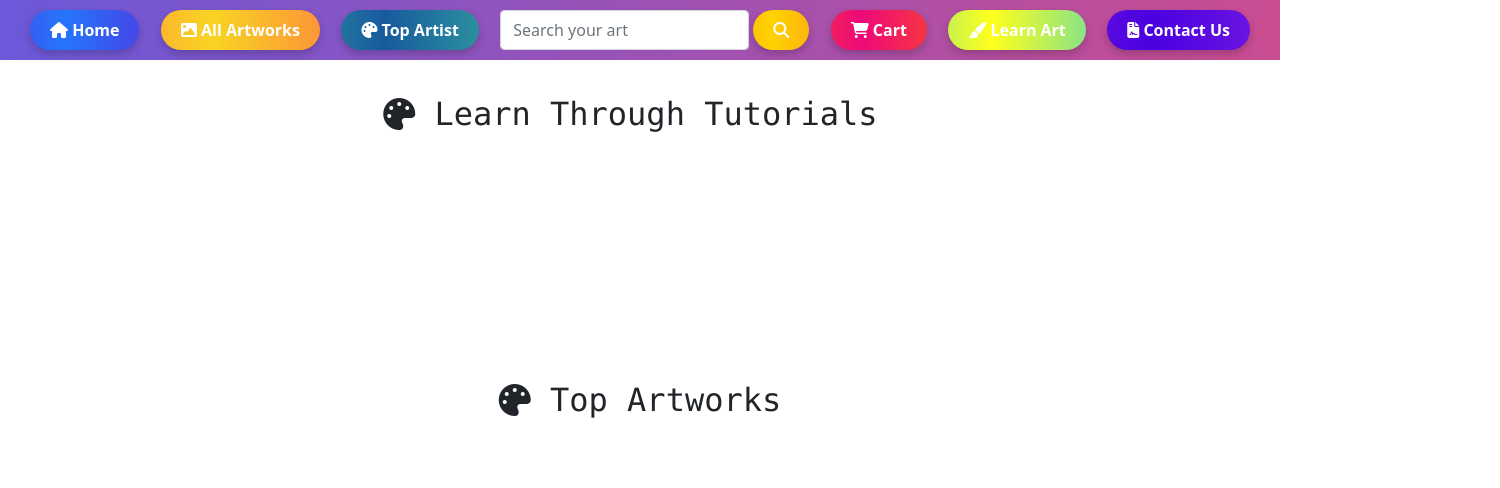
Repository: Aaryan-kumar-24/Art-selling
Page: http://localhost/learn/
The author's editor kept a copy of each file at every save. The page is drawn from the files as they stood at one save, then again after the next save.
The browser window is 1280 px wide. The page is 1500 px wide, so the pictures cover 1500 px, including what lies to the right of the window. The pictures show the part of the page from y = 0 to 488 px (the page is 2687 px tall).
Pictures or frames that could not be fetched are drawn as grey boxes. The page is served by the project's application, run on Django 5.2 (art/manage.py). Other server files are loaded and not shown. Queries for data that is not in the repository find no rows.

Above is the page before, as saved 2025-05-31 18:28:11.

### art/templates/learn.html
<!DOCTYPE html>
<html lang="en">
  <head>
    <meta charset="UTF-8" />
    <meta name="viewport" content="width=device-width, initial-scale=1.0" />
    <title>artselling</title>

    <link rel="stylesheet" href="https://cdnjs.cloudflare.com/ajax/libs/font-awesome/6.7.1/css/all.min.css" integrity="sha512-5Hs3dF2AEPkpNAR7UiOHba+lRSJNeM2ECkwxUIxC1Q/FLycGTbNapWXB4tP889k5T5Ju8fs4b1P5z/iB4nMfSQ==" crossorigin="anonymous" referrerpolicy="no-referrer" />
  </head>

  {% include "header.html"  %}



        <pre style="display: flex; justify-content: center; align-items: center; font-size: 2rem; margin-top: 30px;"><i class="fa-solid fa-palette"></i> Learn Through Tutorials </pre>


  <style>
  body {
        background-color: #f0f2f5;

      }
      .tutorial-card {
        height: 400px;
        margin-bottom: 50px;
        box-shadow: 0 8px 16px rgba(0, 0, 0, 0.1);
        border-radius: 15px;
        overflow: hidden;
      }
      .video-col {
        height: 100%;
      }
      .video-col video {
        width: 100%;
        height: 100%;
        object-fit: cover;
        border-top-left-radius: 15px;
        border-bottom-left-radius: 15px;
      }
      .card-body {
        height: 100%;
        background-color: #fff;
        padding: 30px;
        overflow-y: auto;
      }
      .card-title {
        font-size: 1.6rem;
        font-weight: 600;
        margin-bottom: 15px;
      }
      .card-text {
        font-size: 1rem;
        color: #444;
      }
      @media (max-width: 768px) {
        .tutorial-card {
          height: auto;
        }
        .video-col video {
          height: 250px;
          border-radius: 0;
          border-top-left-radius: 15px;
          border-top-right-radius: 15px;
        }
      }
    </style>


<br>
<br>
<br>
<br>
    <div class="container">
  <div class="row">
    {% for tutorial in learn %}
    <div class="col-md-6">
      <div class="card tutorial-card">
        <div class="row g-0 h-100">
          <div class="col-md-5 video-col">
            <video autoplay muted loop playsinline>
              <source src="{{ tutorial.vedio.url }}" type="video/mp4" />
              Your browser does not support the video tag.
            </video>
          </div>
          <div class="col-md-7">
            <div class="card-body">
              <h5 class="card-title">{{ tutorial.title }}</h5>
              <p class="card-text">{{ tutorial.discription }}</p>
               </div>
          </div>
        </div>
      </div>
    </div>
    {% endfor %}
  </div>
</div>







<br>
<br><br><br>




        <pre style="display: flex; justify-content: center; align-items: center; font-size: 2rem; margin-top: 30px;"><i class="fa-solid fa-palette"></i> Top Artworks</pre>

<br>
<br>

<iframe src="https://www.wikipedia.org/" style="height: 1800px; width: 1500px;">wikipedia</iframe>


  {% include "footer.html"  %}


    <script
      src="https://cdn.jsdelivr.net/npm/@popperjs/core@2.9.2/dist/umd/popper.min.js"
      integrity="sha384-IQsoLXl5PILFhosVNubq5LC7Qb9DXgDA9i+tQ8Zj3iwWAwPtgFTxbJ8NT4GN1R8p"
      crossorigin="anonymous"
    ></script>
    <script
      src="https://cdn.jsdelivr.net/npm/bootstrap@5.0.2/dist/js/bootstrap.min.js"
      integrity="sha384-cVKIPhGWiC2Al4u+LWgxfKTRIcfu0JTxR+EQDz/bgldoEyl4H0zUF0QKbrJ0EcQF"
      crossorigin="anonymous"
    ></script>
    <link
      href="https://cdn.jsdelivr.net/npm/bootstrap@5.0.2/dist/css/bootstrap.min.css "
      rel="stylesheet"
      integrity="sha384-EVSTQN3/azprG1Anm3QDgpJLIm9Nao0Yz1ztcQTwFspd3yD65VohhpuuCOmLASjC"
      crossorigin="anonymous"
    />
    <script
      src="https://cdn.jsdelivr.net/npm/bootstrap@5.0.2/dist/js/bootstrap.bundle.min.js"
      integrity="sha384-MrcW6ZMFYlzcLA8Nl+NtUVF0sA7MsXsP1UyJoMp4YLEuNSfAP+JcXn/tWtIaxVXM"
      crossorigin="anonymous"
    ></script>
  </body>
</html>

### art/templates/header.html
<!DOCTYPE html>
<html lang="en">
  <head>
    <meta charset="UTF-8" />
    <meta name="viewport" content="width=device-width, initial-scale=1.0" />
    <title>header</title>

    <link rel="stylesheet" href="https://cdnjs.cloudflare.com/ajax/libs/font-awesome/6.7.1/css/all.min.css" integrity="sha512-5Hs3dF2AEPkpNAR7UiOHba+lRSJNeM2ECkwxUIxC1Q/FLycGTbNapWXB4tP889k5T5Ju8fs4b1P5z/iB4nMfSQ==" crossorigin="anonymous" referrerpolicy="no-referrer" />
  </head>
  <body>
    <nav class="navbar navbar-expand-lg" style="
    padding: 10px;
    background: linear-gradient(270deg, #fc466b, #3f5efb, #00c6ff, #0072ff, #fc466b);
    background-size: 800% 800%;
    animation: moveBackground 15s ease infinite;
  ">
    <div class="container-fluid d-flex justify-content-between flex-wrap">



        <!-- Home -->
        <a href="{% url 'home' %}">
            <button class="gradient-btn mx-2 home-btn">
              <i class="fa-solid fa-house"></i> Home
            </button>
          </a>

          <!-- All Artworks -->
          <a href="{% url 'all_artworks' %}">
            <button class="gradient-btn mx-2 artworks-btn">
              <i class="fa-solid fa-image"></i> All Artworks
            </button>
          </a>

          <!-- Top Artist -->
          <a href="{% url 'top_artist' %}">
            <button class="gradient-btn mx-2 artist-btn">
              <i class="fa-solid fa-palette"></i> Top Artist
            </button>
          </a>

              <!-- Search Bar -->
              <form class="d-flex mx-2" action="{% url 'all_artworks' %}" style="width: 25%;" method="POST">
                {% csrf_token %}
                <input class="form-control me-1" name="search" type="search" placeholder="Search your art" aria-label="Search">
                 <button class="gradient-btn search-btn" type="submit">
                  <i class="fa-solid fa-magnifying-glass"></i>
                </button>
              </form>

          <!-- Cart -->
          <a href="{% url 'cart' %}">
            <button class="gradient-btn mx-2 cart-btn">
              <i class="fa-solid fa-cart-shopping"></i> Cart
            </button>
          </a>

          <!-- Learn Art -->
          <a href="{% url 'learn_art' %}">
            <button class="gradient-btn mx-2 learn-btn">
              <i class="fa-solid fa-paintbrush"></i> Learn Art
            </button>
          </a>

          <!-- Contact Us -->
          <a href="{% url 'contact_us' %}">
            <button class="gradient-btn mx-2 contact-btn">
              <i class="fa-solid fa-file-contract"></i> Contact Us
            </button>
          </a>
    </div>
  </nav>

  <style>
  @keyframes moveBackground {
    0% {
      background-position: 0% 50%;
    }
    50% {
      background-position: 100% 50%;
    }
    100% {
      background-position: 0% 50%;
    }
  }

.gradient-btn {
  color: white;
  border: none;
  padding: 8px 20px;
  font-weight: bold;
  border-radius: 25px;
  box-shadow: 0px 4px 8px rgba(0,0,0,0.2);
  transition: all 0.3s ease;
  background-size: 300% 300%;
  animation: animateGradient 8s ease infinite;
}

/* Smooth hover effect */
.gradient-btn:hover {
  transform: scale(1.05);
  opacity: 0.9;
}

/* Different gradients for each button */
.home-btn {
  background-image: linear-gradient(270deg, #6a11cb, #2575fc, #6a11cb);
}

.artworks-btn {
  background-image: linear-gradient(270deg, #ff4e50, #f9d423, #ff4e50);
}

.artist-btn {
  background-image: linear-gradient(270deg, #43cea2, #185a9d, #43cea2);
}

.search-btn {
  background-image: linear-gradient(270deg, #f7971e, #ffd200, #f7971e);
}

.cart-btn {
  background-image: linear-gradient(270deg, #ff6a00, #ee0979, #ff6a00);
}

.learn-btn {
  background-image: linear-gradient(270deg, #00c3ff, #ffff1c, #00c3ff);
}

.contact-btn {
  background-image: linear-gradient(270deg, #8e2de2, #4a00e0, #8e2de2);
}

/* Animation for flowing gradient */
@keyframes animateGradient {
  0% {
    background-position: 0% 50%;
  }
  50% {
    background-position: 100% 50%;
  }
  100% {
    background-position: 0% 50%;
  }
}
</style>


    <script src="https://cdn.jsdelivr.net/npm/bootstrap@5.3.0-alpha1/dist/js/bootstrap.bundle.min.js"></script>
</body>
</html>
    <script
      src="https://cdn.jsdelivr.net/npm/@popperjs/core@2.9.2/dist/umd/popper.min.js"
      integrity="sha384-IQsoLXl5PILFhosVNubq5LC7Qb9DXgDA9i+tQ8Zj3iwWAwPtgFTxbJ8NT4GN1R8p"
      crossorigin="anonymous"
    ></script>
    <script
      src="https://cdn.jsdelivr.net/npm/bootstrap@5.0.2/dist/js/bootstrap.min.js"
      integrity="sha384-cVKIPhGWiC2Al4u+LWgxfKTRIcfu0JTxR+EQDz/bgldoEyl4H0zUF0QKbrJ0EcQF"
      crossorigin="anonymous"
    ></script>
    <link
      href="https://cdn.jsdelivr.net/npm/bootstrap@5.0.2/dist/css/bootstrap.min.css "
      rel="stylesheet"
      integrity="sha384-EVSTQN3/azprG1Anm3QDgpJLIm9Nao0Yz1ztcQTwFspd3yD65VohhpuuCOmLASjC"
      crossorigin="anonymous"
    />
    <script
      src="https://cdn.jsdelivr.net/npm/bootstrap@5.0.2/dist/js/bootstrap.bundle.min.js"
      integrity="sha384-MrcW6ZMFYlzcLA8Nl+NtUVF0sA7MsXsP1UyJoMp4YLEuNSfAP+JcXn/tWtIaxVXM"
      crossorigin="anonymous"
    ></script>
  </body>
</html>

### art/templates/footer.html
<!DOCTYPE html>
<html lang="en">
  <head>
    <meta charset="UTF-8" />
    <meta name="viewport" content="width=device-width, initial-scale=1.0" />
    <title>header</title>

    <link rel="stylesheet" href="https://cdnjs.cloudflare.com/ajax/libs/font-awesome/6.7.1/css/all.min.css" integrity="sha512-5Hs3dF2AEPkpNAR7UiOHba+lRSJNeM2ECkwxUIxC1Q/FLycGTbNapWXB4tP889k5T5Ju8fs4b1P5z/iB4nMfSQ==" crossorigin="anonymous" referrerpolicy="no-referrer" />
  </head>
  <style>
    footer {
      background: linear-gradient(to right, #8e44ad, #3498db, #2ecc71);
      color: white;
      padding: 40px 0;
    }
    footer a {
      color: #f1f1f1;
      text-decoration: none;
    }
    footer a:hover {
      color: #ffd700;
      text-decoration: underline;
    }
    .social-icons a {
      font-size: 1.5rem;
      margin-right: 15px;
      color: white;
    }
    .social-icons a:hover {
      color: #ffd700;
    }
    .newsletter input[type="email"] {
      border-radius: 20px;
      padding: 8px 12px;
      border: none;
      margin-right: 10px;
    }
    .newsletter button {
      border-radius: 20px;
      background-color: #ffd700;
      color: #333;
      padding: 8px 16px;
      border: none;
    }
  </style>
</head>
<body>

  <!-- Footer Start -->
  <footer class="text-center text-lg-start">
    <div class="container text-md-left">
      <div class="row">

        <!-- About -->
        <div class="col-md-3">
          <h5 class="mb-3">About Us</h5>
          <p>We connect artists and buyers from around the world. Discover unique artworks or sell your own creations with ease <i class="fa-solid fa-face-smile"></i> We Diliver Happiness And peace. <i class="fa-regular fa-face-laugh-beam"></i> Radhe Radhe</p>
        </div>

        <!-- Quick Links -->
         <div class="col-md-3">
  <h5 class="mb-3">Quick Links</h5>
  <ul class="list-unstyled">
    <li><a href="/">Home</a></li>
    <li><a href="/artworks/">All Artworks</a></li>
    <li><a href="/contact/">Contact Us</a></li>
    <li><a href="/artist/">Top Artists</a></li>
    <li><a href="/artworks/">Top Artworks</a></li> <!-- Assuming 'Top Artworks' points to all artworks -->
    <li><a href="/cart/">Cart</a></li>
  </ul>
</div>


        <div class="col-md-3">
          <h5 class="mb-3">Contact</h5>
          <p><i class="fas fa-map-marker-alt me-2"></i> Dayanand Sagar Academy Of Technology,Kanakapura Road ,Bangalore</p>
          <p><i class="fas fa-phone me-2"></i> 9310625964 </p>
          <p><i class="fas fa-envelope me-2"></i> amankumarjanuary@.gmail.com</p>
        </div>

        <!-- Newsletter & Social -->
        <div class="col-md-3">
          <h5 class="mb-3">Social Media</h5>

          <div class="social-icons mt-3">
            <a href="#"><i class="fab fa-facebook-f"></i></a>
            <a href="#"><i class="fab fa-instagram"></i></a>
            <a href="#"><i class="fab fa-twitter"></i></a>
            <a href="#"><i class="fab fa-pinterest-p"></i></a>
            <a href="#"><i class="fab fa-youtube"></i></a>
          </div>
        </div>

      </div>
    </div>

    <hr class="my-4 text-white">

    <div class="text-center pb-2">
      &copy; 2025 Aryavarta Art. All rights reserved. @ARYAVARTA_TWINBRO
    </div>
  </footer>
</html>
    <script
      src="https://cdn.jsdelivr.net/npm/@popperjs/core@2.9.2/dist/umd/popper.min.js"
      integrity="sha384-IQsoLXl5PILFhosVNubq5LC7Qb9DXgDA9i+tQ8Zj3iwWAwPtgFTxbJ8NT4GN1R8p"
      crossorigin="anonymous"
    ></script>
    <script
      src="https://cdn.jsdelivr.net/npm/bootstrap@5.0.2/dist/js/bootstrap.min.js"
      integrity="sha384-cVKIPhGWiC2Al4u+LWgxfKTRIcfu0JTxR+EQDz/bgldoEyl4H0zUF0QKbrJ0EcQF"
      crossorigin="anonymous"
    ></script>
    <link
      href="https://cdn.jsdelivr.net/npm/bootstrap@5.0.2/dist/css/bootstrap.min.css "
      rel="stylesheet"
      integrity="sha384-EVSTQN3/azprG1Anm3QDgpJLIm9Nao0Yz1ztcQTwFspd3yD65VohhpuuCOmLASjC"
      crossorigin="anonymous"
    />
    <script
      src="https://cdn.jsdelivr.net/npm/bootstrap@5.0.2/dist/js/bootstrap.bundle.min.js"
      integrity="sha384-MrcW6ZMFYlzcLA8Nl+NtUVF0sA7MsXsP1UyJoMp4YLEuNSfAP+JcXn/tWtIaxVXM"
      crossorigin="anonymous"
    ></script>
  </body>
</html>

### art/art/views.py
from django.shortcuts import render,redirect
from django.http import HttpResponseRedirect,HttpResponse
from upload.models import Upload
from learn.models import Learn
from commision_work.models import Commission

from contac_us.models import Contact
from django.core.paginator import Paginator
def home(request):
    commisiondatas = Commission.objects.all()

    paginator = Paginator(commisiondatas,8)
    page_number = request.GET.get('page')
    final = paginator.get_page(page_number)

    phone1 = ''
    email1 = ''
    medium = ''
    price = ''
    image = ''
    custom = ''
    commisiondata = ''
    data = {}
    try:
        if request.method=='POST':
            phone1 = request.POST.get('phone1')
            email1 = request.POST.get('email1')
            medium = request.POST.get('medium')
            price = request.POST.get('price')
            image = request.FILES.get('image')
            custom = request.POST.get('custom')

        data = {'phone': phone1,'email' :email1, 'medium':medium,'price':price,'image':image,'custom':custom}
        commisiondata = Commission(phone=phone1,
email=email1,
medium=medium,
price=price,
image=image,
customization=custom)
        commisiondata.save()

    except:
        pass


    return render(request,"home.html",{"data":data , "artworks":final})

def artworks(request):
    myupload = Upload.objects.all()

    paginator = Paginator(myupload,8)
    page_number = request.GET.get('page')
    final = paginator.get_page(page_number)



    try:
        if request.method=='POST':
            search = request.POST.get('search')
            if search!=None:
                final = Upload.objects.filter(title__icontains = search)
    except:
        pass
    return render(request, "all_artworks.html", {'artworks': final})

def header(request):
    myupload = Upload.objects.all()

    paginator = Paginator(myupload,8)
    page_number = request.GET.get('page')
    final = paginator.get_page(page_number)

    try:
        if request.method == 'POST':
            search = request.POST.get('search')
            if search!=None:
                final = Upload.objects.filter(title__icontains = search)



        return render(request, "header.html", {'artworks': final})
    except:
        pass


def cart(request):

    myupload = Upload.objects.all()

    paginator = Paginator(myupload,8)
    page_number = request.GET.get('page')
    final = paginator.get_page(page_number)



    selltitle=''
    d=''
    p=''
    sellerartwork=''

    sellerart=''
    try:
        if request.method=='POST':
            selltitle = request.POST.get('selltitle')
            d = request.POST.get('d')
            p = request.POST.get('p')
            sellerartwork = request.FILES.get('sellerartwork')

            search = request.POST.get('search')
            if search!=None:
                final = Upload.objects.filter(title__icontains = search)

            sellerart=Upload(title=selltitle,
discription=d,
art=sellerartwork,
price=p)
            sellerart.save()
        sellerdata = { "selltitle":selltitle, "d":d, "p":p, "sellerartwork":sellerartwork}


    except:
        pass
    return render(request, "cart.html", {'artworks': final,'sellerdata':sellerdata})












def learn(request):
    learndata = Learn.objects.all()

    return render(request,"learn.html" , {"learn":learndata})


def top(request):

    myupload = Upload.objects.all()

    paginator = Paginator(myupload,8)
    page_number = request.GET.get('page')
    final = paginator.get_page(page_number)

    try:
        if request.method == 'POST':
            search = request.POST.get('search')
            if search!=None:
                final = Upload.objects.filter(title__icontains = search)



        return render(request, "top_artist.html", {'artworks': final})
    except:
        pass



def profile(request):
    return render(request,"profile.html")






def data(request):
    data = {}

    if request.method == 'POST':
        form_type = request.POST.get('form_type')

        if form_type == 'contact':
            # Handle contact form
            phonec = request.POST.get('phonec')
            emailc = request.POST.get('emailc')
            statec = request.POST.get('statec')
            cityc = request.POST.get('cityc')
            addressc = request.POST.get('addressc')
            feedbackc = request.POST.get('feedbackc')

            contactdata = Contact(
                phone=phonec,
                email=emailc,
                state=statec,
                city=cityc,
                address=addressc,
                feedback=feedbackc
            )
            contactdata.save()
            data.update({'phone': phonec, 'email': emailc, 'state': statec, 'city': cityc, 'address': addressc, 'feedback': feedbackc})

        elif form_type == 'commission':
            # Handle commission form
            phone1 = request.POST.get('phone1')
            email1 = request.POST.get('email1')
            medium = request.POST.get('medium')
            price = request.POST.get('price')
            image = request.FILES.get('image')
            custom = request.POST.get('custom')

            commisiondata = Commission(
                phone=phone1,
                email=email1,
                medium=medium,
                price=price,
                image=image,
                customization=custom
            )
            commisiondata.save()
            data.update({'phone': phone1, 'email': email1, 'medium': medium, 'price': price, 'image': image, 'custom': custom})

        elif form_type == 'upload':
            # Handle artwork upload form
            selltitle = request.POST.get('selltitle')
            d = request.POST.get('d')
            p = request.POST.get('p')
            sellerartwork = request.FILES.get('sellerartwork')

            sellerart = Upload(
                title=selltitle,
                discription=d,
                art=sellerartwork,
                price=p
            )
            sellerart.save()
            data.update({'title': selltitle, 'd': d, 'p': p, 'sellerartwork': sellerartwork})

    return render(request, "data.html", data)




def contact(request):
    phonec = ''
    emailc = ''
    statec = ''
    cityc = ''
    addressc = ''
    feedbackc = ''

    data = {}
    try:
        if request.method=='POST':
            phonec = request.POST.get('phonec')
            emailc = request.POST.get('emailc')
            statec = request.POST.get('statec')
            cityc = request.POST.get('cityc')
            addressc = request.POST.get('addressc')
            feedbackc = request.POST.get('feedbackc')

        data = {'phone': phonec,'email' :emailc, 'state':statec,'city':cityc,'address':addressc,'feedback':feedbackc}

    except:
        pass

    return render(request, "contact.html",data)



def purchase(request):
    return render(request,"purchase.html")


def index(request):
    return render(request,"index.html")

### art/art/urls.py
"""
URL configuration for art project.

The urlpatterns list routes URLs to views. For more information please see:
    https://docs.djangoproject.com/en/5.1/topics/http/urls/
Examples:
Function views
    1. Add an import:  from my_app import views
    2. Add a URL to urlpatterns:  path('', views.home, name='home')
Class-based views
    1. Add an import:  from other_app.views import Home
    2. Add a URL to urlpatterns:  path('', Home.as_view(), name='home')
Including another URLconf
    1. Import the include() function: from django.urls import include, path
    2. Add a URL to urlpatterns:  path('blog/', include('blog.urls'))
"""
from django.contrib import admin
from django.urls import path
from art import views
from django.conf import settings
from django.conf.urls.static import static

urlpatterns = [
    # your url patterns
] + static(settings.STATIC_URL, document_root=settings.STATICFILES_DIRS[0])


urlpatterns = [
    path('admin/', admin.site.urls),
    path('',views.index, ),
    path('home/',views.home, name="home"),

    path('artworks/',views.artworks, name="all_artworks"),
    path('artist/',views.top, name="top_artist"),
    path('cart/',views.cart, name="cart"),
    path('learn/',views.learn, name="learn_art"),
    path('contact/',views.contact, name="contact_us"),
    path('data/',views.data,name="data"),
    path('profile/',views.profile),
     path('header/',views.header,name='header'),
      path('purchase/',views.purchase,name="purchase"),
]

After the next save:
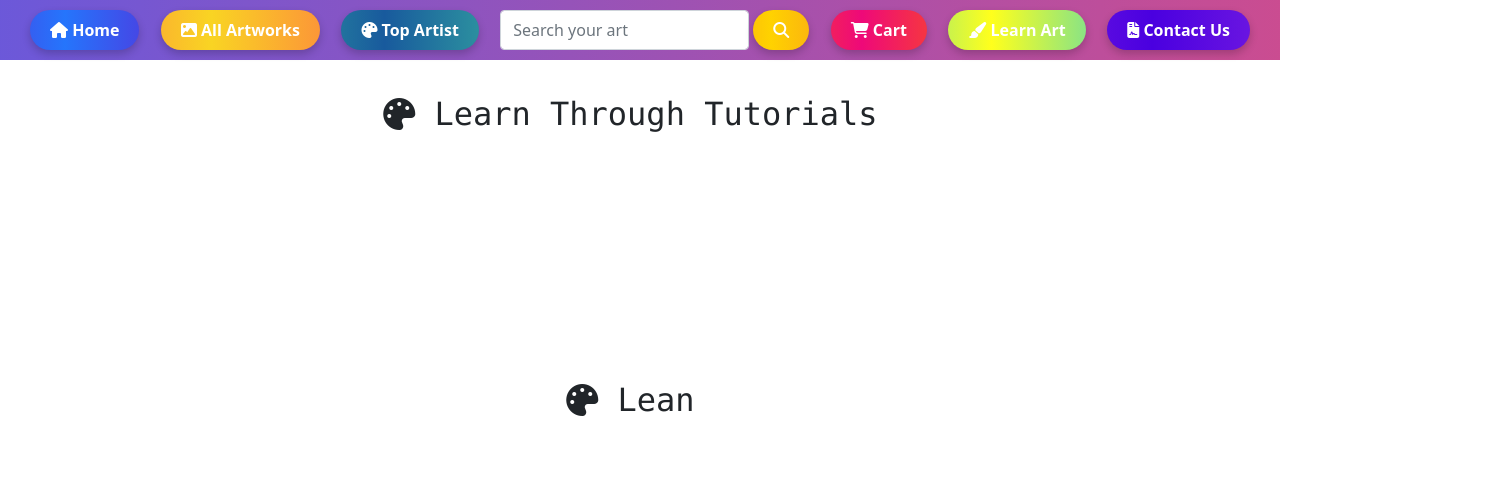
Saved 11 s later.
--- a/art/templates/learn.html
+++ b/art/templates/learn.html
@@ -107,7 +107,7 @@
 
 
 
-        <pre style="display: flex; justify-content: center; align-items: center; font-size: 2rem; margin-top: 30px;"><i class="fa-solid fa-palette"></i> Top Artworks</pre>
+        <pre style="display: flex; justify-content: center; align-items: center; font-size: 2rem; margin-top: 30px;"><i class="fa-solid fa-palette"></i> Lean </pre>
 
 <br>
 <br>
